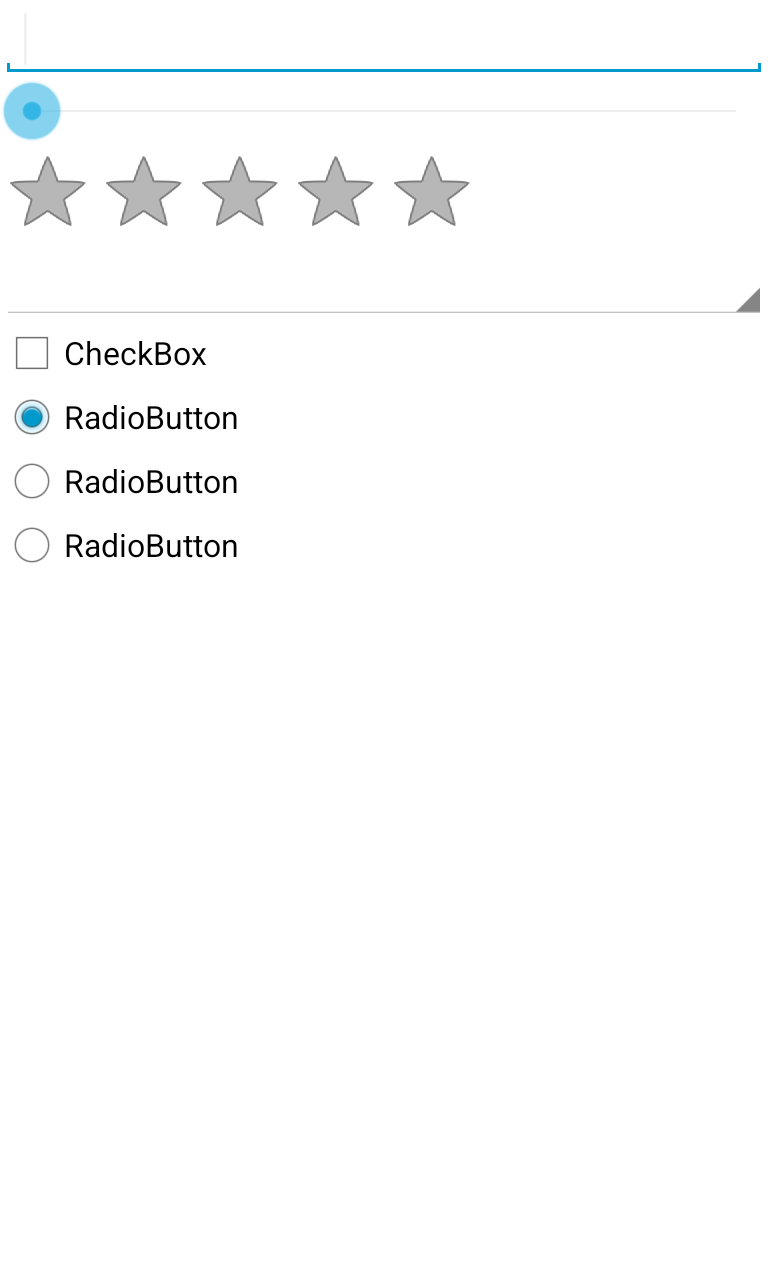
Repository: Kenwal/DemosS1
Layout: Demo5/res/layout/input_controls_content.xml
These files come from the project's save history. The layout is drawn as it stood at one moment and after the next save; the edit follows.
It is drawn on a 768 x 1280 px phone screen (xhdpi) without system bars, with theme AppTheme; the app's code is not run.

Above is the layout before, as saved 2014-01-23 17:25:31.

After the next save:
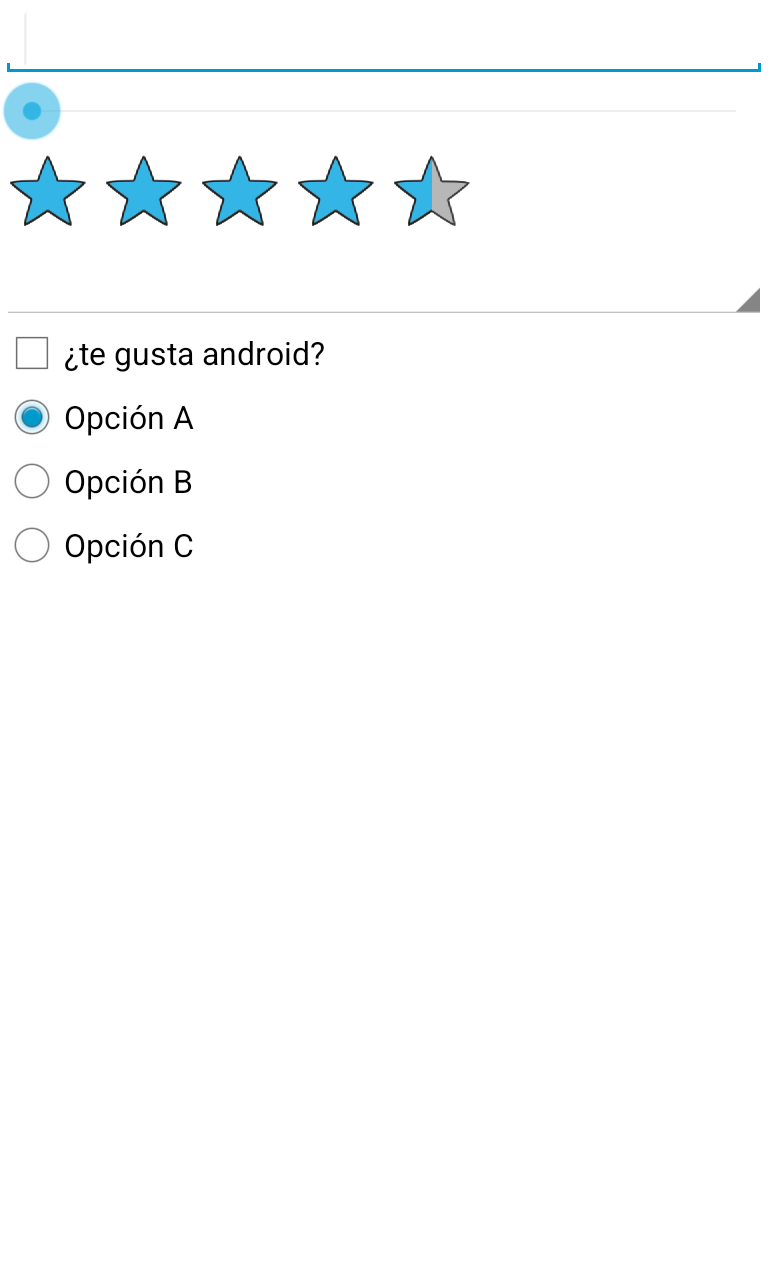
Saved 26 s later.
--- a/Demo5/res/layout/input_controls_content.xml
+++ b/Demo5/res/layout/input_controls_content.xml
@@ -10,60 +10,61 @@
         android:orientation="vertical" >
 
         <EditText
-            android:id="@+id/editText1"
-            android:layout_width="match_parent"
-            android:layout_height="wrap_content"
-            android:ems="10"
-            android:inputType="textMultiLine" >
+	        android:id="@+id/editText1"
+	        android:layout_width="match_parent"
+	        android:layout_height="wrap_content"
+	        android:ems="10"
+	        android:inputType="textMultiLine" >
 
-            <requestFocus />
-        </EditText>
+	        <requestFocus />
+	    </EditText>
 
-        <SeekBar
-            android:id="@+id/seekBar1"
-            android:layout_width="match_parent"
-            android:layout_height="wrap_content" />
+	    <SeekBar
+	        android:id="@+id/seekBar1"
+	        android:layout_width="match_parent"
+	        android:layout_height="wrap_content" />
 
-        <RatingBar
-            android:id="@+id/ratingBar1"
-            android:layout_width="wrap_content"
-            android:layout_height="wrap_content" />
+	    <RatingBar
+	        android:id="@+id/ratingBar1"
+	        android:rating="4.5"
+	        android:layout_width="wrap_content"
+	        android:layout_height="wrap_content" />
 
-        <Spinner
-            android:id="@+id/spinner1"
-            android:layout_width="match_parent"
-            android:layout_height="wrap_content" />
+	    <Spinner
+	        android:id="@+id/spinner1"
+	        android:layout_width="match_parent"
+	        android:layout_height="wrap_content" />
 
-        <CheckBox
-            android:id="@+id/checkBox1"
-            android:layout_width="wrap_content"
-            android:layout_height="wrap_content"
-            android:text="CheckBox" />
+	    <CheckBox
+	        android:id="@+id/checkBox1"
+	        android:layout_width="wrap_content"
+	        android:layout_height="wrap_content"
+	        android:text="@string/txt_checkbox" />
 
-        <RadioGroup
-            android:id="@+id/radioGroup1"
-            android:layout_width="wrap_content"
-            android:layout_height="wrap_content" >
+	    <RadioGroup
+	        android:id="@+id/radioGroup1"
+	        android:layout_width="wrap_content"
+	        android:layout_height="wrap_content" >
 
-            <RadioButton
-                android:id="@+id/radio0"
-                android:layout_width="wrap_content"
-                android:layout_height="wrap_content"
-                android:checked="true"
-                android:text="RadioButton" />
+	        <RadioButton
+	            android:id="@+id/radio0"
+	            android:layout_width="wrap_content"
+	            android:layout_height="wrap_content"
+	            android:checked="true"
+	            android:text="@string/txt_radio_0" />
 
-            <RadioButton
-                android:id="@+id/radio1"
-                android:layout_width="wrap_content"
-                android:layout_height="wrap_content"
-                android:text="RadioButton" />
+	        <RadioButton
+	            android:id="@+id/radio1"
+	            android:layout_width="wrap_content"
+	            android:layout_height="wrap_content"
+	            android:text="@string/txt_radio_1" />
 
-            <RadioButton
-                android:id="@+id/radio2"
-                android:layout_width="wrap_content"
-                android:layout_height="wrap_content"
-                android:text="RadioButton" />
-        </RadioGroup>
+	        <RadioButton
+	            android:id="@+id/radio2"
+	            android:layout_width="wrap_content"
+	            android:layout_height="wrap_content"
+	            android:text="@string/txt_radio_2" />
+	    </RadioGroup>
 
     </LinearLayout>
 
